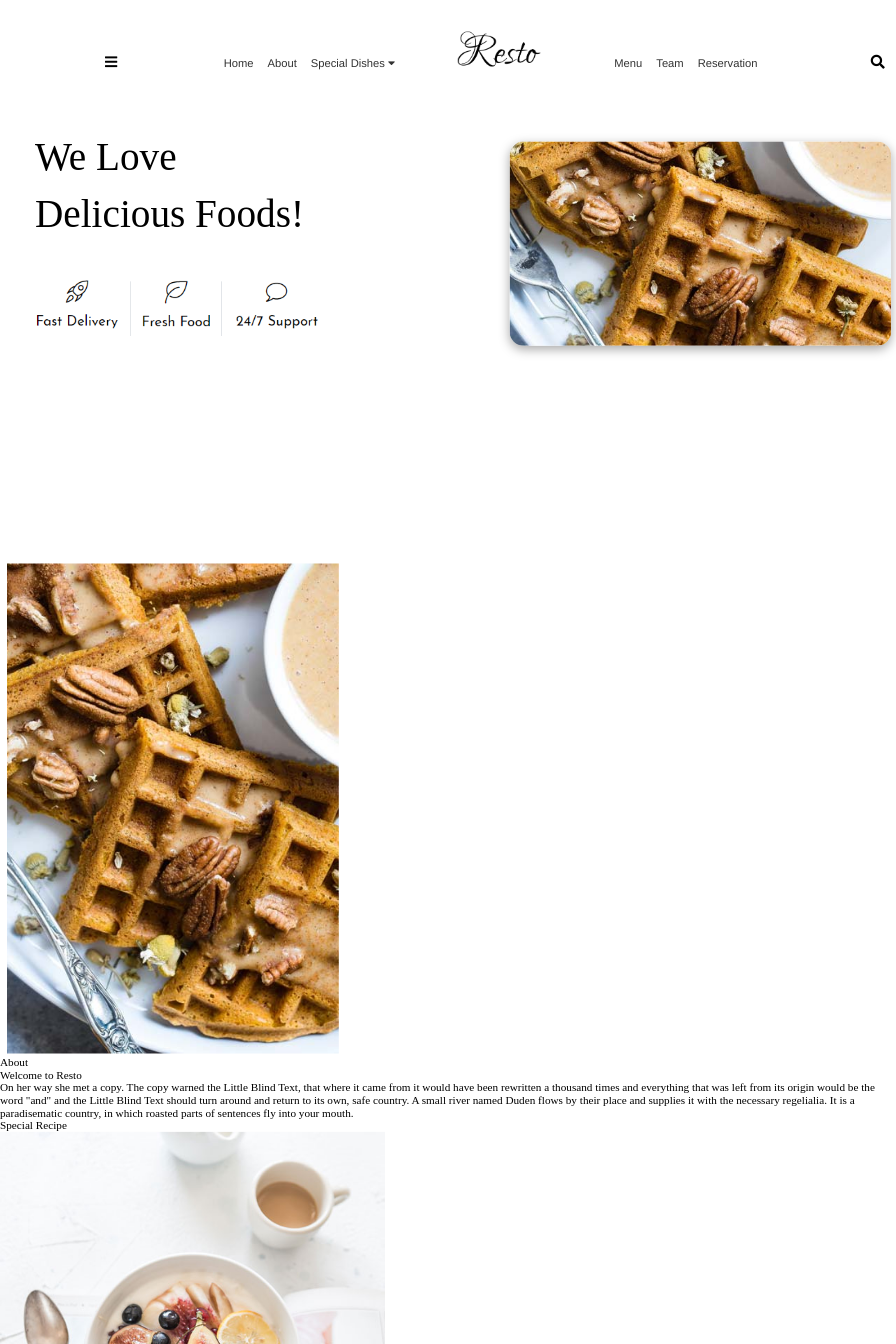
Repository: nguyenanhtuanHDU/myrestaurant
Page: index.html
These files come from the project's save history. The page is drawn as it stood at one moment and after the next save; the edit follows.
The browser window is 1280 px wide. The pictures show the part of the page from y = 0 to 1920 px (the page is 3483 px tall), at 70% of full size.

Above is the page before, as saved 2022-02-01 01:52:40.

### index.html
<!DOCTYPE html>
<html lang="en">
<head>
    <meta charset="UTF-8">
    <meta http-equiv="X-UA-Compatible" content="IE=edge">
    <meta name="viewport" content="width=device-width, initial-scale=1.0">
    <link rel="stylesheet" href="./assets/style.css">
    <link rel="stylesheet" href="./assets/icon/fontawesome-free-5.15.4-web/css/all.css">
    <link rel="stylesheet" href="./assets/main.js">
    <link rel="stylesheet" href="./aos/aos.css">
    <title>Resto</title>

</head>
<body>
    <div id="main">
        <div id="header">

            <i class="fas fa-bars" ></i>

            <ul id="nav_1" >
                <li><a href="">Home</a></li>
                <li><a href="">About</a></li>
                <li>
                <a href="">
                    Special Dishes
                    <i class="fas fa-caret-down"></i>
                </a>
                <ul class="subnav_1">
                    <li><a href="">
                        <i class="fas fa-angle-right"></i>
                        Beef Steak Sauce
                    </a></li>
                    <li><a href="">
                        <i class="fas fa-angle-right"></i>
                        Salmon Zucchini
                    </a></li>
                </ul>
                </li>
            </ul>

            <img src="./assets/image/logo.png" alt="" class="img_header" >

            <div id="nav_2">
                <ul>
                    <li><a href="">Menu</a></li>
                    <li><a href="">Team</a></li>
                    <li><a href="">Reservation</a></li>
                </ul>
            </div>

            <i class="fas fa-search"></i>

        </div>

        <div id="introduce">

            <div class="content">
                <h1 class="content_heading1">We Love</h1>
                <h1 class="content_heading2">Delicious Foods!</h1>
                <div class="list_content">
                    <img src="/assets/image/Content/1.png" alt="" class="img_content">
                    <img src="/assets/image/Content/2.png" alt="" class="img_content">
                    <img src="/assets/image/Content/3.png" alt="" class="img_content">

                </div>

                <div class="slider_dish">
                    <img class="img_dish" src="./assets/image/hero-1.jpg" >
                    <img class="img_dish" src="./assets/image/hero-2.jpg" >
                    <img class="img_dish" src="./assets/image/hero-3.jpg" >
                </div>
            </div>



            <div class="about">
                <img src="./assets/image/hero-2.jpg" alt="" class="img_about">
                <div class="about_content">
                    <div class="about_heading">About</div>
                    <div class="about_title">Welcome to Resto </div>
                    <div class="content_para">On her way she met a copy. The copy warned the Little Blind Text, that where it came from it would have been rewritten a thousand times and everything that was left from its origin would be the word "and" and the Little Blind Text should turn around and return to its own, safe country. A small river named Duden flows by their place and supplies it with the necessary regelialia. It is a paradisematic country, in which roasted parts of sentences fly into your mouth.

                    </div>

                    <div class="about_dish">
                        <div class="dish_title">Special Recipe </div>
                        <div class="list_dish">
                            <div class="dish_items">
                                <img src="./assets/image/hero-1.jpg" alt="" class="dish_img">
                                <div class="dish_name">Australian Organic Beef</div>
                            </div>
                            <div class="dish_items">
                                <img src="./assets/image/hero-1.jpg" alt="" class="dish_img">
                                <div class="dish_name">Australian Organic Beef</div>
                            </div>
                            <div class="dish_items">
                                <img src="./assets/image/hero-1.jpg" alt="" class="dish_img">
                                <div class="dish_name">Australian Organic Beef</div>
                            </div>

                        </div>
                    </div>
                </div>
            </div>
        </div>

        <div id="special">

        </div>

        <div id="menu">

        </div>

        <div id="team">

        </div>

        <div id="book">

        </div>

        <div id="footer">

        </div>
    </div>


    <script src="./assets/main.js">

    </script>
    <script src="./aos/aos.js">
        AOS.init();

    </script>


</body>
</html>

### assets/style.css
*{
    margin: 0;
    padding: 0;
    box-sizing: border-box;
}

#header{

    margin-top: 45px;
    margin-left: 150px;
}
#header .fa-bars:hover{
    color: #45b8ac;
    cursor: pointer;
    transform: rotate(360deg);
    transition: .6s ease;
}
#header .fa-bars{
    display: inline-block;
    margin-right: 140px;
    font-size: 20px;
}
#header .fa-search{
    font-size: 20px;
    margin-left: 150px;
}
#header .fa-search:hover{
    color: #45b8ac;
    cursor: pointer;
    font-size: 30px;
    transition: 0.4s ease;
}
#nav_1{
    display: inline-block;

}
#nav_1 > li {
    display: inline-block;
    position: relative;
}
#nav > li:hover{
    display: block;
}

#nav_1 > li > a {
    position: relative;
    font-family: Helvetica, Arial, sans-serif;
    opacity: 0.8;
    display: block;
    color: black;
    text-decoration: none;
    padding: 6px 8px;
}
#nav_1 > li > a:before {
    content: '';
    position: absolute;
    bottom: 0;
    left: 0;
    background-color: #45b8ac;
    height: 3px;
    width: 0%;
    transition: 0.6s ease ;
}
#nav_1 > li > a:hover:before {
    width: 100%;
}
#nav_1 li:hover .subnav_1{
    display: block;
    animation: subnav-1 1s ease ;
}
@keyframes subnav-1{
    0%{
        opacity: 0;
        left: 100px;
    }
    50%{
        left: -20px;
    }
    100%{
        left: 0;
    }

}
.subnav_1{
    position: absolute;
    top: 30px;
    opacity: 1;
    width: 162px;
    display: none;
    z-index: 2;
    overflow: hidden;
    border-top-right-radius: 19px;
    border-bottom-right-radius: 19px;
    box-shadow: rgba(0, 0, 0, 0.35) 0px 5px 15px;
}
.subnav_1 li{
    display: block;
}
.subnav_1 li a:hover{
    background-color: #45b8ac;
    color: white;
}
.subnav_1 li a{
    position: relative;
    font-family: Helvetica, Arial, sans-serif;
    opacity: 0.8;
    color: black;
    text-decoration: none;
    padding: 6px 8px;
    display: block;
}
.subnav_1 li a:before{
    content: '';
    position: absolute;
    top: 0;
    left: 0;
    background-color: #45b8ac;
    height: 100%;
    width: 0%;
    z-index: -1;
}
.subnav_1 li a:hover:before{
    color: white;
}



.img_header{
    width: 117.25px;
    height: 50px;
    margin-left: 78px;
    margin-right: 94px;
}
#nav_2{
    display: inline-block;
}
#nav_2 li {
    display: inline-block;
}

#nav_2 li a {
    position: relative;
    text-decoration: none;
    color: black;
    font-family: Helvetica, Arial, sans-serif;
    opacity: 0.8;
    padding: 6px 8px;
}
#nav_2 li a:before {
    content: '';
    position: absolute;
    bottom: 0;
    left: 0;
    background-color: #45b8ac;
    height: 3px;
    width: 0%;
    transition: 0.6s ease;
}
#nav_2 li a:hover:before {
    width: 100%;
}
#introduce{
    position: relative;
    height: 2000px;
}
.content{
    position: absolute;
    top: 86px;
    left: 50px;
}
.content_heading1{
    font-size: 3.5rem;
    font-weight: 300;
    line-height: 1.2;
}
.content_heading2{
    font-size: 3.5rem;
    font-weight: 300;
    line-height: 1.2;
    padding-top: 14px;
    padding-bottom: 59px;
}
.slider_dish{

}
.img_dish{
    position: absolute;
    width: 545px;
    height: 292px;
    object-fit: cover;
    top: 11px;
    left: 167%;
    box-shadow: rgba(0, 0, 0, 0.35) 0px 5px 15px;
    border-radius: 20px;
}
.about{
    position: absolute;
    top: 700px;
}
.img_about{
    width: 474px;
    height: 700px;
    object-fit: cover;
    margin-left: 10px;
}

### assets/main.js

var myIndex = 0;
        carousel();

        function carousel() {
          var i;
          var x = document.getElementsByClassName("img_dish");
          for (i = 0; i < x.length; i++) {
            x[i].style.display = "none";
          }
          myIndex++;
          if (myIndex > x.length) {myIndex = 1}
          x[myIndex-1].style.display = "block";
          setTimeout(carousel, 3000);
        }

Loaded but not shown: assets/icon/fontawesome-free-5.15.4-web/css/all.css (library); aos/aos.css (library); aos/aos.js (library)

After the next save:
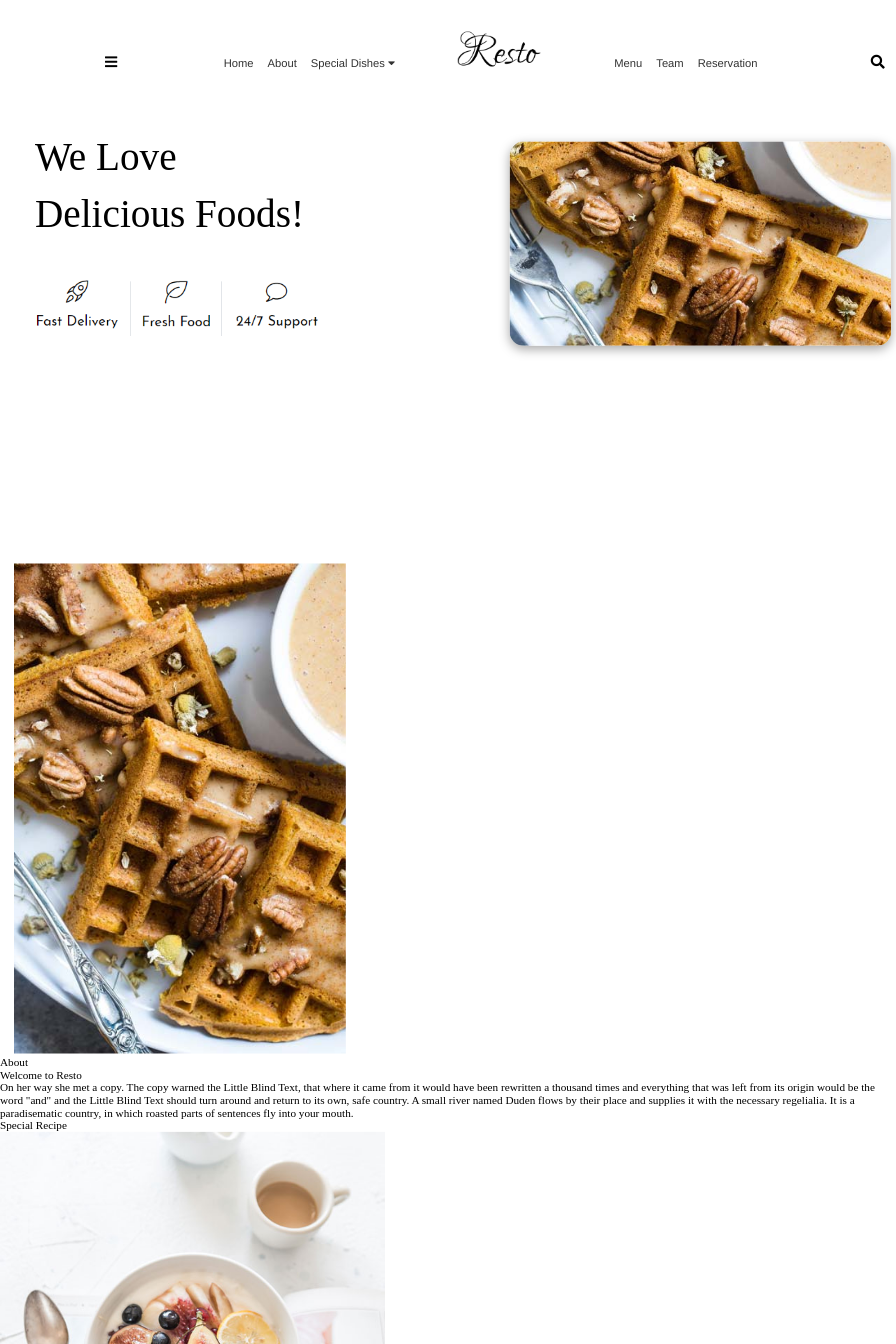
Saved 6 s later.
--- a/assets/style.css
+++ b/assets/style.css
@@ -201,5 +201,5 @@
     width: 474px;
     height: 700px;
     object-fit: cover;
-    margin-left: 10px;
-}
+    margin-left: 20px;
+}
